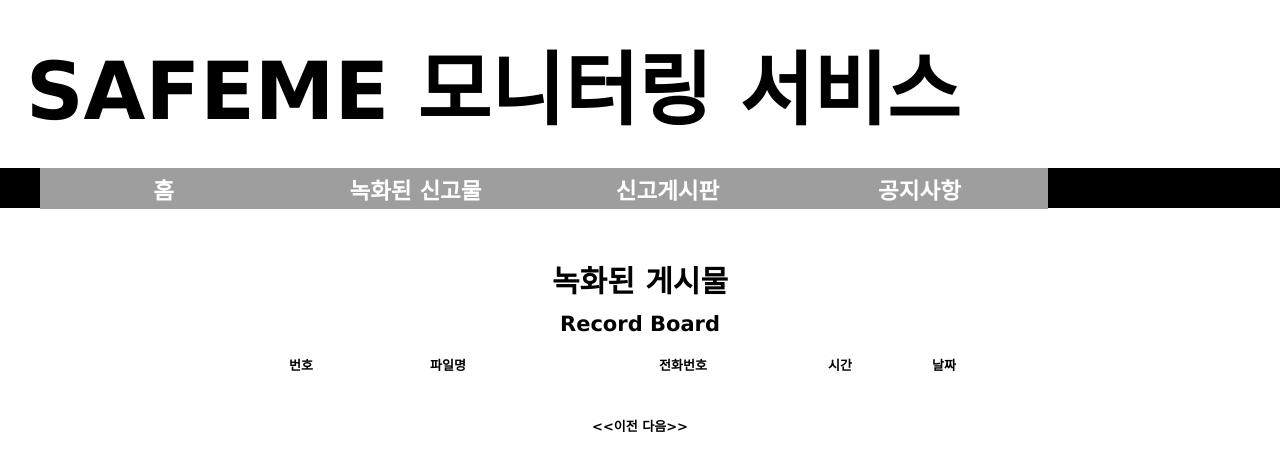
Repository: imdasom/SafeMe
Page: http://localhost/SafeMe/homepage/recordkesipan.jsp
The author's editor kept a copy of each file at every save. The page is drawn from the files as they stood at one save, then again after the next save.
The browser window is 1280 px wide. The pictures show the whole page.
Pictures or frames that could not be fetched are drawn as grey boxes. The page is served by Tomcat 9. Queries for data that is not in the repository find no rows.

Above is the page before, as saved 2015-12-15 13:00:02.

After the next save:
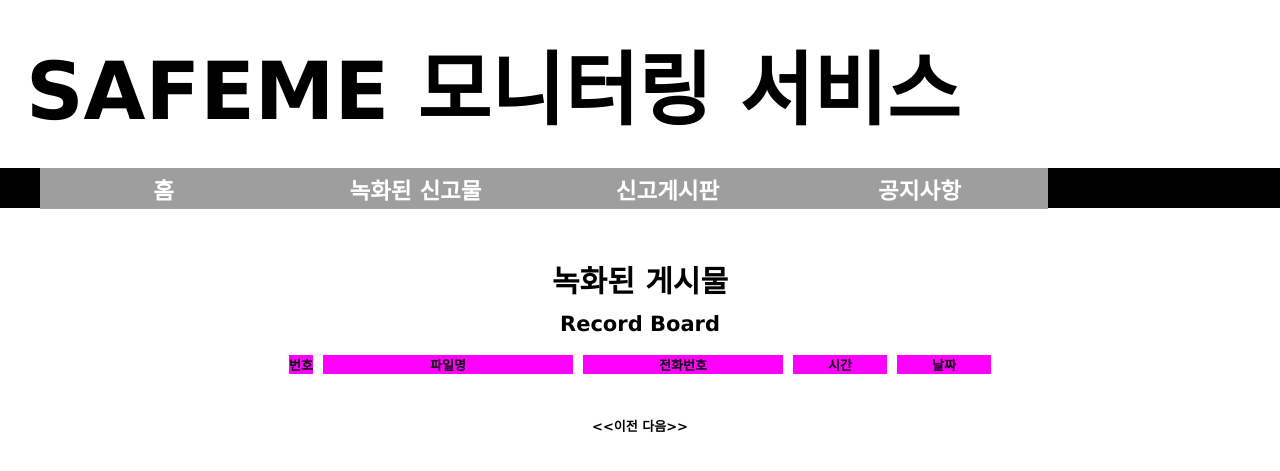
Saved 11 s later.
--- a/FinalSafeMeWeb/SafeMe/homepage/Home.jsp
+++ b/FinalSafeMeWeb/SafeMe/homepage/Home.jsp
@@ -95,7 +95,7 @@
 	cursor: pointer;
 }
 
-tbody tr:fisrt-child th p{
+tbody tr th p{
 	background: #f0f;
 }
 

After the save that followed:
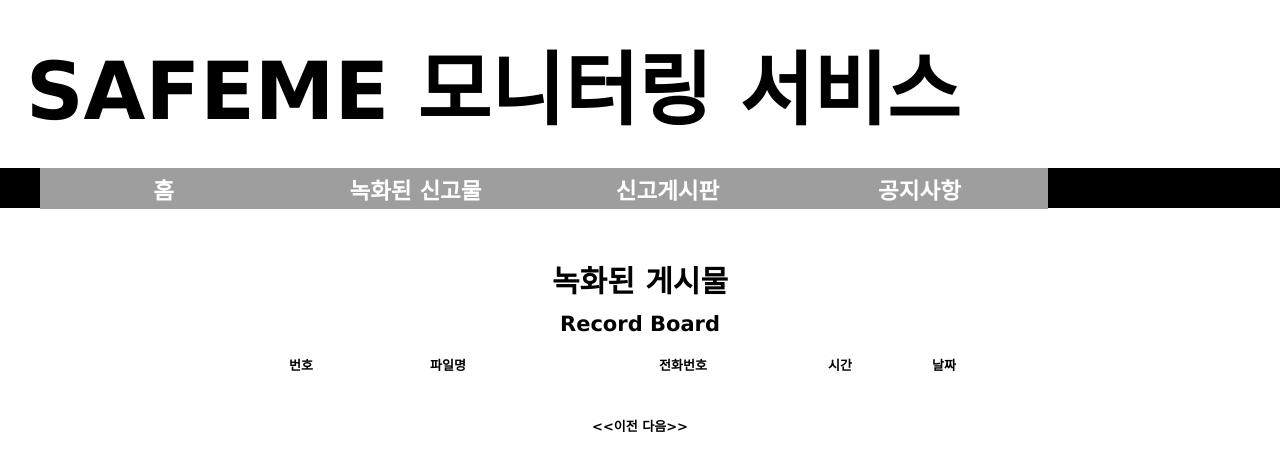
Saved 3 min 30 s later.
--- a/FinalSafeMeWeb/SafeMe/homepage/Home.jsp
+++ b/FinalSafeMeWeb/SafeMe/homepage/Home.jsp
@@ -95,7 +95,7 @@
 	cursor: pointer;
 }
 
-tbody tr th p{
+tbody tr{
 	background: #f0f;
 }
 
